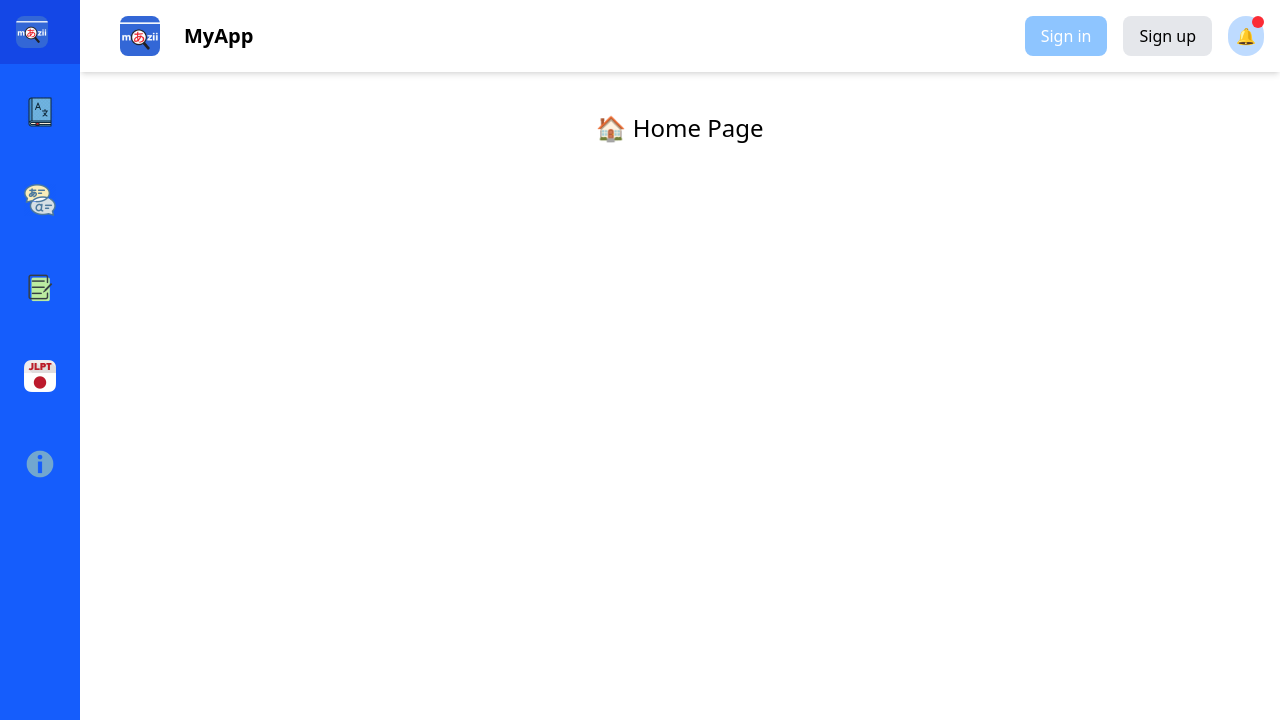
Repository: reminzuetto/JapaneseTranslationApp
Page: /
The author's editor kept a copy of each file at every save. The page is drawn from the files as they stood at one save, then again after the next save.
The browser window is 1280 px wide. The pictures show the whole page.
The project was rebuilt for these pictures with package versions that can differ from the ones it lists, and the page was loaded fresh each time. Also part of the build but not shown: vite.config.js, src/components/Header/NotificationItem.jsx, src/pages/SignIn.jsx, src/pages/Signup.jsx.

Above is the page before, as saved 2025-03-11 23:58:19.

After the next save:
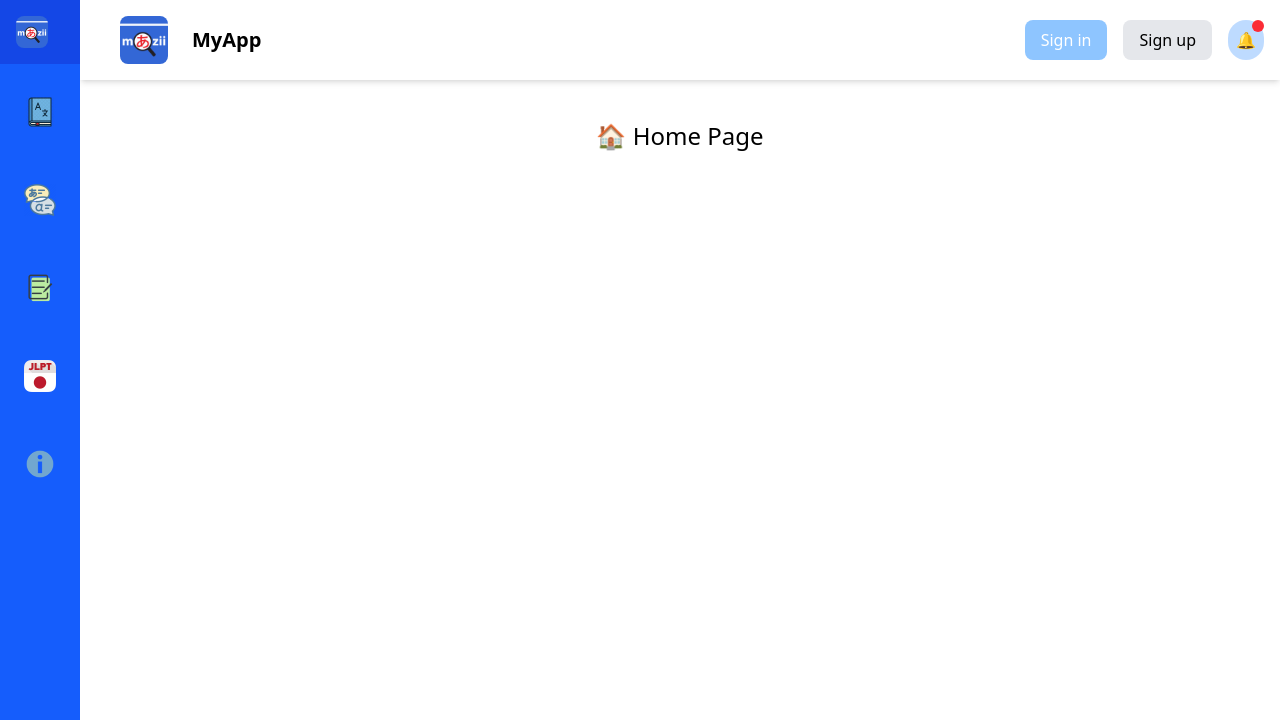
Saved 4 s later.
--- a/src/components/Header/Header.jsx
+++ b/src/components/Header/Header.jsx
@@ -17,7 +17,7 @@
     <header className="flex items-center justify-between p-4 bg-white shadow-md">
       <div className="flex items-center ">
         <img
-          className="w-10 min-w-8 mx-6 rounded-lg"
+          className="w-12 min-w-8 mx-6 rounded-lg"
           src="/src/assets/MaziiLogo.png"
         />
         <div className="text-xl font-bold">MyApp</div>

After the save that followed:
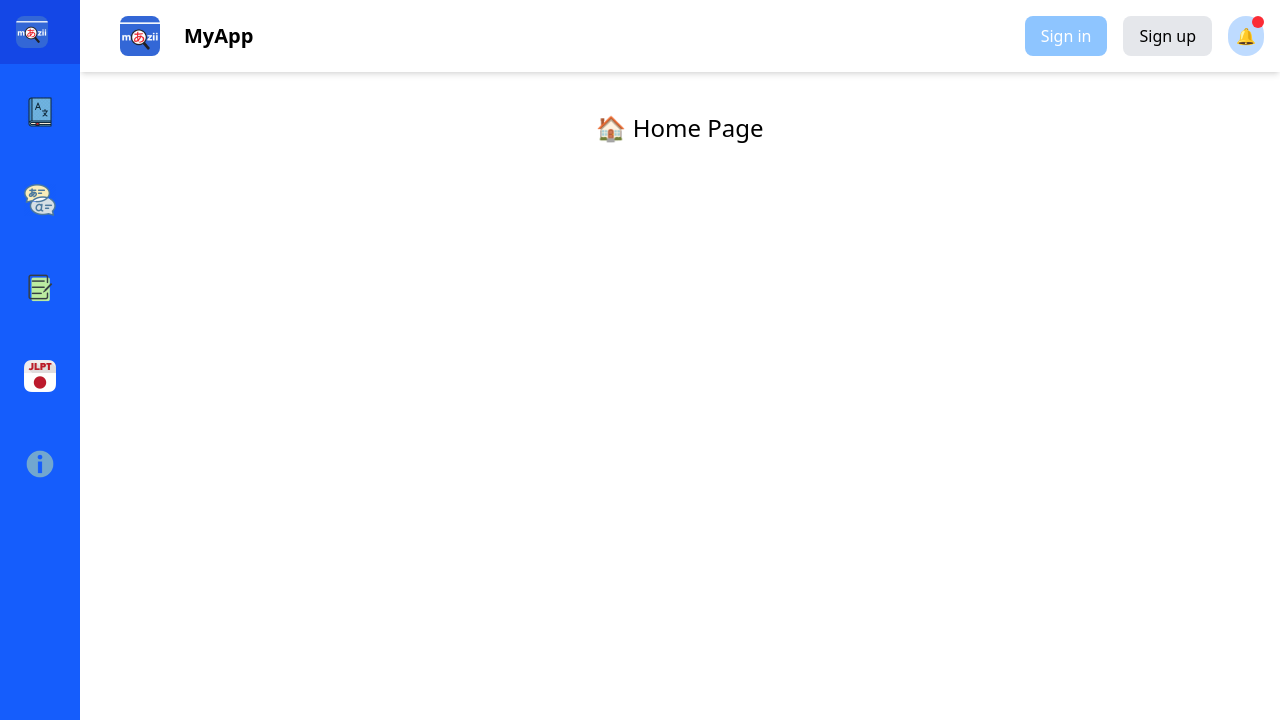
Saved 4 s later.
--- a/src/components/Header/Header.jsx
+++ b/src/components/Header/Header.jsx
@@ -17,7 +17,7 @@
     <header className="flex items-center justify-between p-4 bg-white shadow-md">
       <div className="flex items-center ">
         <img
-          className="w-12 min-w-8 mx-6 rounded-lg"
+          className="w-10 min-w-8 mx-6 rounded-lg"
           src="/src/assets/MaziiLogo.png"
         />
         <div className="text-xl font-bold">MyApp</div>
